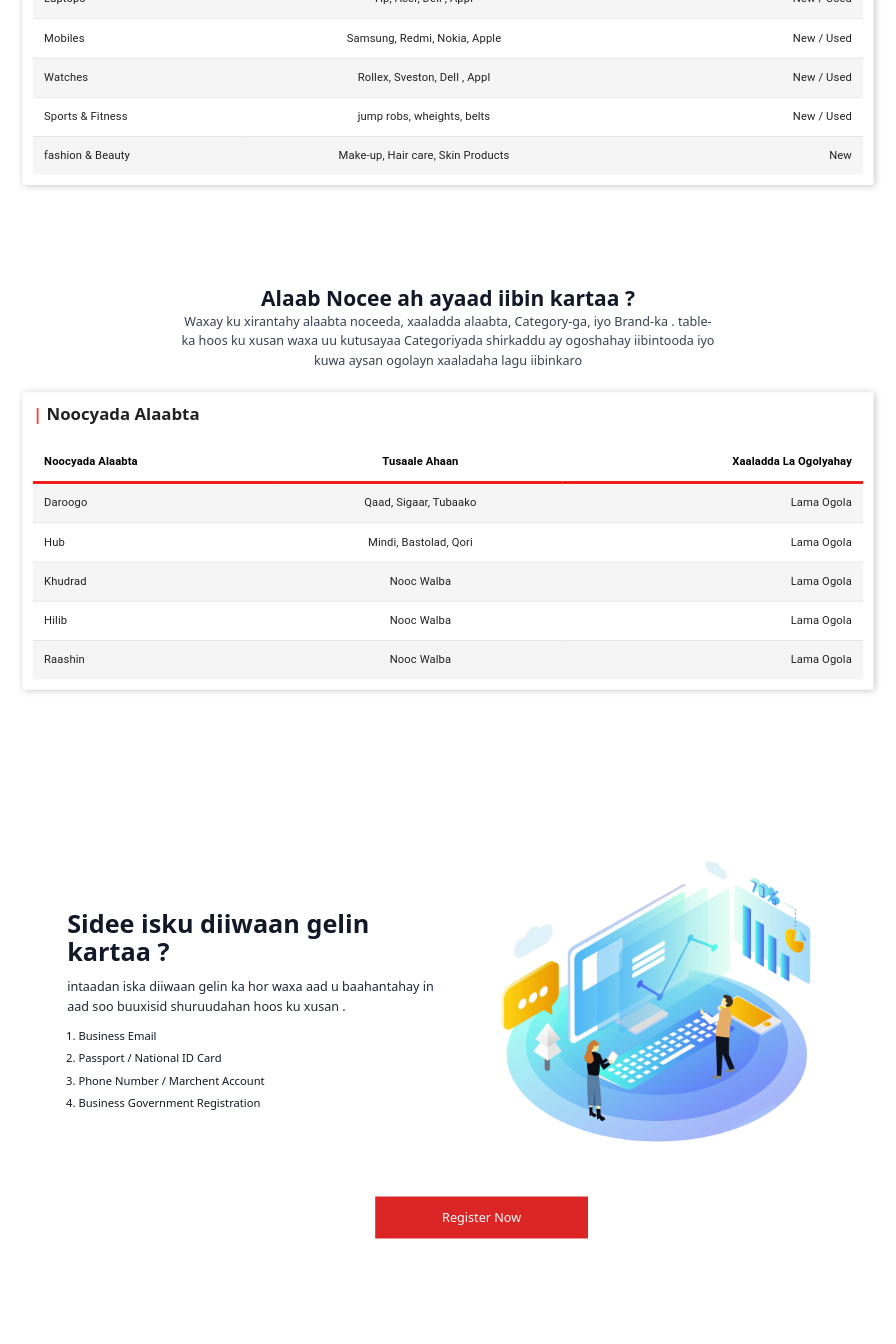
Repository: muraadso/Muraadso-Sellers
Page: /
These files come from the project's save history. The page is drawn as it stood at one moment and after the next save; the edit follows.
The browser window is 1280 px wide. The pictures show the part of the page from y = 2595 to 4515 px (the page is 7675 px tall before and 7708 px after), at 70% of full size.
The project was rebuilt for these pictures with package versions that can differ from the ones it lists, and the page was loaded fresh each time. The framework's server and built-in components were replaced by stand-ins that run in the browser. Also part of the build but not shown: next.config.js.

Above is the page before, as saved 2021-12-12 16:45:56.

### pages/_app.js
import '../styles/globals.css'
 import 'tailwindcss/tailwind.css'
import { Layout } from '../components/Layout'


function MyApp({ Component, pageProps }) {
  return (
    <Layout>
      <Component {...pageProps} />
    </Layout>
  )
}

export default MyApp

### styles/globals.css
@import url('https://fonts.googleapis.com/css2?family=Lato:ital,wght@0,300;0,400;0,700;0,900;1,700&family=Poppins:wght@200;300;400;500;600;700&display=swap');
html,
body {
  padding: 0 ;
  margin: 0;
  overflow-x: hidden !important;
  scroll-behavior: smooth;
}

a {
  color: inherit;
  text-decoration: none;
}

* {
  box-sizing: border-box;
}


.navbar {
  box-shadow: 2px 1px 7px rgba(0, 0, 0, 0.226);
  font-family: 'Poppins', sans-serif  ;
  font-weight: 500;

}
  .logo{
    font-family: 'Lato', sans-serif;
    font-weight: 700;
    color: rgb(233, 59, 59);
    font-size: 20px ;
  }
  .how-card{
    position: relative;
    box-shadow: 0 2px 10px rgba(0, 0, 0, 0.336) ;
  }
  .regimage{
    height: 500px;

  }
  .react-player {
    background-color: white !important;
    padding: 10px;
    box-shadow: 2px 1px 11px rgba(0, 0, 0, 0.226);
    border-radius: 2px;
  }
  .player-wrapper{
    overflow-x: hidden !important;
    /* width: 100% !important; */
  }


  .formcontainer{
    box-shadow: 2px 1px 11px rgba(0, 0, 0, 0.226);

  }



@media screen and  (max-width: 768px){
  .nav{
    padding-top: 40px;
    display: flex;
    flex-direction: column;

  }

  .how-card{
  margin-bottom: 25px;
}

.tablle{
  margin-bottom: 90px;
}
.tablle2{

}
 TableContainer{
   background-color: red;
   display: hidden;
 }
 .regimage{
    max-height: 300px;

  }
  .formcontainer{
    min-width: 110%;
  }

}




@tailwind base;
@tailwind components;
@tailwind utilities

### components/Hero.jsx
const Hero = () => {
    return (
        <div className="md:grid-cols-2 md:grid md:mt-11 hero">
                <div className="md:px-16 md:py-36 py-11 herotxt">
                    <h6 className="px-2 font-medium text-gray-500">ku iibi muraadso</h6>
                    <h1 className="my-5 text-3xl font-bold text-gray-800 capitalize md:font-bold md:text-gray-800 md:capitalize lg:text-6xl">sidee ugu iibin krtaa <br /> alaabtaada <span  className="text-red-600 md:text-red-600">muraadso</span></h1>

                    <p className="text-gray-700 md:text-left">
                         Whether you’ve already got an established e-commerce business , a great idea for a new product, or you just have a passion for selling, here’s how to take that next step with Muraadso </p>
                </div>

                <div className="heroimg">
                    <img className="w-4/4 "  src="/images/heroimage.png" alt="heroimage" />
                </div>
        </div>
    )
}

export default Hero

### components/About.jsx

const About = () => {
    return (
        <div className="mt-32">
            <h1 className="text-3xl font-bold text-center">Ku Iibso Muraadso</h1>
            <div className="gap-0 md:px-16 md:grid-cols-2 md:grid about-content">
                <div className="mt-12 aboutimg">
                  <img src="/images/aboutimage.png" className="md:h-96" alt="about image" />
                </div>
                <div className="md:mt-20 mt-11 about-text">
                    <p className="text-xl text-justify">
                        Muraadso waa hogaanka suuqa casriga ee online waana suuq aad ku iibin kartid alaabtaada, ahaw ganacsade alaabta sameeya, mid soo dajiya, si fudud ayaad ugu iibin kartaa suuqa casriga muraadso, sidoo kale ka mid noqo ganacsiyada shabakada internet ku iibiya alaabaha adiga oon ku kharash badan galin, kana faa’idaysanaya khubarada team ka muraadso helayana tobabaro iyo caawimo sidaad ugu iibin lahayd muraadso dhexdeeda Ku dhex iibta muraadso waa wax fudud sidoo kalena kharash yari kaaga bixi karo ama wax kharash ahi kaa baxayn, kaliya waxa lagaaga bahanyay in aad is diwaan galisid, kuna gurtid alaabta aad haysid online shirkada sidaana aad ku bilawdid iibka alaabtaada....<span className="text-red-600">Read More</span>
                    </p>
                </div>


            </div>
        </div>
    )
}

export default About

### components/Howtoreg.jsx
const Howtoreg = () => {
  return (
    <div className="flex flex-col md:p-16 howtoreg mb-11 md:mb-6 ">
      <div className="grid items-center justify-between md:grid-cols-2 registerdoc">
        <div className="space-y-4 regcontent">
          <h1 className="text-xl font-bold text-gray-900 md:text-4xl">Sidee isku diiwaan gelin kartaa ?</h1>
          <p className="text-lg text-gray-800 ">intaadan iska diiwaan gelin ka hor waxa aad u baahantahay in aad
            soo buuxisid shuruudahan hoos ku xusan .</p>
            <ol className="ml-4 space-y-2 font-medium text-gray-900 list-decimal">
              <li>Business Email</li>
              <li>Passport / National ID Card</li>
              <li>Phone Number / Marchent Account </li>
              <li>Business Government Registration</li>
            </ol>
        </div>
        <div className="flex items-center justify-end regimage">
          <img className="regimage" src="/images/registrationn.png" alt="" />
        </div>

      </div>
      <div className="flex flex-col items-center justify-center space-y-4 md:space-x-24 md:flex-row acceptterms">
        <div className="flex flex-row items-center justify-center check">
        </div>
        <div className="items-center justify-center text-center">
        <button className="items-center justify-center px-24 py-3 text-sm text-white bg-red-600 md:text-center md:text-lg md:px-24 md:py-4 ">Register Now</button>
        </div>
      </div>


    </div>
  )
}

export default Howtoreg

### components/Whatsell.jsx
import * as React from 'react';
import { styled } from '@mui/material/styles';
import Table from '@mui/material/Table';
import TableBody from '@mui/material/TableBody';
import TableCell, { tableCellClasses } from '@mui/material/TableCell';
import TableContainer from '@mui/material/TableContainer';
import TableHead from '@mui/material/TableHead';
import TableRow from '@mui/material/TableRow';
import Paper from '@mui/material/Paper';

const StyledTableCell = styled(TableCell)(({ theme }) => ({

  [`&.${tableCellClasses.head}`]: {
    backgroundColor: theme.palette.common.white,
    color: theme.palette.common.black,
    borderBottom: '4px solid rgb(240, 17, 17)' ,
    fontSize: '16px',
    fontWeight: '600',

  },
  [`&.${tableCellClasses.body}`]: {
    fontSize: 16,
  },
}));

const StyledTableRow = styled(TableRow)(({ theme }) => ({
  '&:nth-of-type(odd)': {
    backgroundColor: theme.palette.action.hover,


  },
  // hide last border
  '&:last-child td, &:last-child th': {
    border: 0,
  },
}));





function createData(noocaAlaabta, tusaale, xaaladda) {
  return { noocaAlaabta, tusaale, xaaladda };
}

const rows =[
  createData('Laptops', 'Hp, Acer, Dell , Appl', 'New / Used'),
  createData('Mobiles', 'Samsung, Redmi, Nokia, Apple', 'New / Used'),
  createData('Watches', 'Rollex, Sveston, Dell , Appl', 'New / Used'),
  createData('Sports & Fitness', 'jump robs, wheights, belts ', 'New / Used'),
  createData('fashion & Beauty', 'Make-up, Hair care, Skin Products', 'New')
]
const rows2 = [
  createData('Daroogo', "Qaad, Sigaar, Tubaako", 'Lama Ogola'),
  createData('Hub', 'Mindi, Bastolad, Qori', 'Lama Ogola'),
  createData('Khudrad', 'Nooc Walba', 'Lama Ogola'),
  createData('Hilib', 'Nooc Walba', 'Lama Ogola'),
  createData('Raashin', 'Nooc Walba', 'Lama Ogola')

];

export default function Whatsell() {
  return (
      <>
    <div className="flex flex-col items-center md:justify-center md:mb-36 tablle mb-11">
                <h1 className="text-xl font-bold text-center text-gray-900 md:text-3xl">Alaab Nocee ah ayaad iibin kartaa ?</h1>
                <p className="max-w-3xl mb-8 text-sm text-center text-gray-700 md:text-lg">Waxay ku xirantahy alaabta noceeda, xaaladda alaabta, Category-ga, iyo Brand-ka .
                table-ka hoos ku xusan waxa uu kutusayaa Categoriyada shirkaddu ay ogoshahay iibintooda
                iyo kuwa aysan ogolayn xaaladaha lagu iibinkaro </p>

            <TableContainer className="mw-screen-lg TableContainer" component={Paper} sx={{ padding: "15px", minWidth: 380 , maxWidth: 1500, boxShadow: '2px 1px 11px rgba(0, 0, 0, 0.226)' }}>
        <h1 className="mb-6 text-2xl font-bold "> <span className="font-black text-red-500 ">|</span> Noocyada Alaabta</h1>
      <Table sx={{ minWidth: 500 }} aria-label="customized table">
        <TableHead>
          <TableRow>
            <StyledTableCell>Noocyada Alaabta</StyledTableCell>
            <StyledTableCell align="center"> Tusaale Ahaan</StyledTableCell>
            <StyledTableCell align="right">Xaaladda La Ogolyahay</StyledTableCell>
          </TableRow>
        </TableHead>
        <TableBody>
          {rows.map((row) => (
            <StyledTableRow key={row.noocaAlaabta} sx={{backgroundColor: 'white'}}>
              <StyledTableCell component="th" scope="row">
                {row.noocaAlaabta}
              </StyledTableCell>
              <StyledTableCell   align="center">{row.tusaale}</StyledTableCell>
              <StyledTableCell align="right">{row.xaaladda}</StyledTableCell>
            </StyledTableRow>
          ))}
        </TableBody>
      </Table>
    </TableContainer>

    </div>


    <div className="flex flex-col items-center md:justify-center md:mb-36 tablle mb-11">
                <h1 className="text-xl font-bold text-center text-gray-900 md:text-3xl">Alaab Nocee ah ayaad iibin kartaa ?</h1>
                <p className="max-w-3xl mb-8 text-sm text-center text-gray-700 md:text-lg">Waxay ku xirantahy alaabta noceeda, xaaladda alaabta, Category-ga, iyo Brand-ka .
                table-ka hoos ku xusan waxa uu kutusayaa Categoriyada shirkaddu ay ogoshahay iibintooda
                iyo kuwa aysan ogolayn xaaladaha lagu iibinkaro </p>

            <TableContainer className="mw-screen-lg TableContainer" component={Paper} sx={{ padding: "15px", minWidth: 380 , maxWidth: 1500, boxShadow: '2px 1px 11px rgba(0, 0, 0, 0.226)' }}>
        <h1 className="mb-6 text-2xl font-bold "> <span className="font-black text-red-500 ">|</span> Noocyada Alaabta</h1>
      <Table sx={{ minWidth: 500 }} aria-label="customized table">
        <TableHead>
          <TableRow>
            <StyledTableCell>Noocyada Alaabta</StyledTableCell>
            <StyledTableCell align="center"> Tusaale Ahaan</StyledTableCell>
            <StyledTableCell align="right">Xaaladda La Ogolyahay</StyledTableCell>
          </TableRow>
        </TableHead>
        <TableBody>
          {rows2.map((row) => (
            <StyledTableRow key={row.noocaAlaabta} sx={{backgroundColor: 'white'}}>
              <StyledTableCell component="th" scope="row">
                {row.noocaAlaabta}
              </StyledTableCell>
              <StyledTableCell   align="center">{row.tusaale}</StyledTableCell>
              <StyledTableCell align="right">{row.xaaladda}</StyledTableCell>
            </StyledTableRow>
          ))}
        </TableBody>
      </Table>
    </TableContainer>

    </div>




     </>
  );
}

### components/Howtolist.jsx
import ReactPlayer from 'react-player'


const Howtoreg = () => {
  return (
    <div className="flex flex-col space-y-11 md:space-y-24 md:p-16 howtoreg">
      <div className="grid items-center justify-between md:grid-cols-2 registerdoc">
        <div className="space-y-4 regcontent">
          <h1 className="text-xl font-bold text-gray-900 md:text-4xl">Alaabtaada habkan uso diiwaan geli</h1>
          <p className="text-lg text-gray-800 ">kadib marka laguu ogolaado in aad soo diiwaan gelisid alaabtaada
waxaa muhiim ah in aad qaadid talaabooyinkan si alaabta aad
u diiwaan gelisid ay uga soo muuqato Bogga MURAADSO</p>
            <ol className="ml-4 space-y-2 font-medium text-gray-900 list-decimal">
              <li>magaca alaabta oo dhamaystiran</li>
              <li>faahfaahinta alaabta </li>
              <li>xaddiga aad ka haysid alaabta </li>
              <li>qiimaha alaabta </li>
              <li>categoryga ay ka tirsantaha</li>
              <li>brand-ka alaabta ama shirkada smaysay</li>
              <li>4 ama 3 sawir oo quality-goodu sareeyo</li>
              <li>alaabta features-keeda</li>
              <li>alaabta tag-skeeda ama keywordskeda</li>
            </ol>
        </div>
        <div className="flex items-center justify-end regimage">
          <img className="regimage" src="/images/dashboard.png" alt="" />
        </div>

      </div>

      <div className="flex flex-col items-center justify-center space-y-6 watch">
          <h1 className="text-lg font-medium text-center md:font-bold md:text-xl ">Ama Daawo Video-gan Kuu Sharaxaya Habka looso geliyo Product</h1>
         <div className='flex items-center justify-center w-screen p-2 overflow-x-hidden mx-11 player-wrapper'>
        <ReactPlayer
          className=' react-player'
          url='hhttps://www.youtube.com/watch?v=qS5MdsgyWb4&t=5s'
        style={{
            backgroundColor: '#ff0000'
        }}

        />
      </div>
      </div>




    </div>
  )
}

export default Howtoreg

### components/Reg.jsx
import TextField from '@mui/material/TextField';
import Checkbox from '@mui/material/Checkbox';
import FormControlLabel from '@mui/material/FormControlLabel';



const Reg = () => {
    return (
        <div className="container flex flex-col items-center justify-center md:w-screen md:px-11 mb-36 ">
            <h1 className="text-lg font-bold text-center md:text-3xl ">Nagu Soo Biir Macmiil</h1>
            <div className="flex flex-col items-center justify-center py-10 mt-24 bg-white rounded md:w-9/12 md:px-11 space-y-7 formcontainer">
            <h1 className="text-lg font-bold text-center md:text-3xl ">Is Diiwaan Geli</h1>
                <div className="grid w-5/6 grid-cols-1 md:grid-cols-2 gap-x-6 gap-y-7 form">
                  <TextField id="outlined-basic" label="First Name" variant="outlined" />
                  <TextField id="outlined-basic" label="Last Name" variant="outlined" />
                  <TextField id="outlined-basic" label="Magaalada" variant="outlined" />
                  <TextField id="outlined-basic" label="Address" variant="outlined" />
                  <TextField type="number" id="outlined-basic" label="Phone Number" variant="outlined" />
                  <TextField id="outlined-basic" label="Magaca Ganasiga" variant="outlined" />
                  <TextField id="outlined-basic" label="Noca Ganasiga" variant="outlined" />
                </div>

                <div className="flex flex-col items-center justify-center text-center">
                    <FormControlLabel className="mb-2" control={<Checkbox />} label="I accept the privacy and policy" />
                   <button
                    className="items-center justify-center px-24 py-3 text-sm text-white bg-red-600 md:text-center md:text-lg md:px-24 md:py-4 ">
                        Register Now
                    </button>
        </div>
            </div>





        </div>
    )
}

export default Reg

### components/Navbar.jsx
import React, { useState } from "react";
import { HiOutlineMenuAlt2, HiOutlineMenuAlt3 } from "react-icons/hi";



export default function Navbar() {
  const [showNav, setShowNav] = useState(false);

  return (
    <nav className="sticky top-0 z-20 items-center justify-between bg-white px-14 md:px-24 md:py-3 navbar md:flex">
      <div className="flex items-center justify-between">
        <a href="#">
          <h2>Muraadso</h2>
        </a>


        {showNav ? (
          <HiOutlineMenuAlt3
            onClick={() => setShowNav(!showNav)}
            className="block w-10 h-10 p-2 cursor-pointer md:hidden" />

        ) : (
          <HiOutlineMenuAlt2
            onClick={() => setShowNav(!showNav)}
            className="block w-10 h-10 p-2 cursor-pointer md:hidden"
          />
        )}
      </div>

      <ul
        className={
          (showNav ? "left-0" : "-left-full") +
          " md:static fixed bottom-0 md:ml-24 top-14 md:flex md:space-x-6 items-center md:bg-transparent bg-gray-700 rounded md:rounded-none md:bg-white bg-opacity-90 md:w-auto w-10/12 md:text-gray-800 text-white  md:space-y-0 space-y-5 p-2 transition-left nav"
        }
      >
        <a href="#"> Home</a>
        <a href="#"> About</a>
        <a href="#"> Doc</a>
        <a href="#"> Contact Us</a>
      <a className="px-4 py-2 text-white bg-red-600 rounded" href="">Signup</a>
      </ul>
    </nav>
  );
}

























// const Navbar = () => {
//     return (
//         <div>
//      <div className="sticky top-0 z-20 items-center justify-between bg-white md:flex navbar">
//          <a className="logo" href="#">Muraadso</a>
//          <nav className="fixed bottom-0 items-center w-10/12 p-2 space-y-5 text-white bg-gray-500 md:static top-12 md:flex md:space-x-7 md:bg-transparent bg-opacity-90 md:w-auto md:text-gray-500 md:space-y-0 transition-left nav">
//              <a className="hover:text-red-600" href="">Home</a>
//              <a className="hover:text-red-600" href="">About</a>
//              <a className="hover:text-red-600" href="">Doc</a>
//              <a className="hover:text-red-600" href="">Contact Us</a>
//          </nav>
//          <a href="#" className="px-4 py-2 text-white bg-red-600 rounded hover:bg-red-700 signup ">Signup</a>
//      </div>

//         </div>
//     )
// }

// export default Navbar

### components/Footer.jsx
import FacebookIcon from '@mui/icons-material/Facebook';
import InstagramIcon from '@mui/icons-material/Instagram';
import YouTubeIcon from '@mui/icons-material/YouTube';
import Divider from '@mui/material/Divider';
import CopyrightIcon from '@mui/icons-material/Copyright';





const Footer = () => {
    return (
        <div className="px-2 py-8 border md:px-24 md:py-16 bg-gray-50 space-y-7">
            <div className="flex flex-col items-center justify-between space-y-4 md:flex-row upper md-space-y-0">

            <div className="flex items-center space-x-5 md:space-x-7 justify-items-start footercontent">
                <a href="#">About Us</a>
                <a href="#">How it Works</a>
                <a href="#">Nagu Dooro</a>
                <a href="#">Register</a>

            </div>

            <div className="footericons space-x-7">
                <FacebookIcon sx={{ fontSize: 30, color: "#ff5e5b" }} />
                <InstagramIcon sx={{ fontSize: 30, color: "#ff5e5b" }} />
                <YouTubeIcon sx={{ fontSize: 30, color: "#ff5e5b" }} />
            </div>

            </div>
            <Divider className="text-red-600">Muraadso.com</Divider>

            <div className="flex flex-col items-center justify-between space-y-3 md:space-y-0 md:flex-row bottom">
                <a href="#"> <CopyrightIcon className="items-center" sx={{fontSize: 15}} /> 2021 Muraadso.All rights reserved. </a>
                <div className="space-x-8 term">
                <a href="#">Privacy Policy</a>
                <a href="#">Terms Of Service</a>
                </div>


            </div>

        </div>
    )
}

export default Footer

Loaded but not shown: styles/Home.module.css (common file); pages/index.js (32 lines, source omitted); tailwind.config.js (18 lines, source omitted); components/Layout.js (15 lines, source omitted); components/Whyus.jsx (70 lines, source omitted); components/How.jsx (66 lines, source omitted)

After the next save:
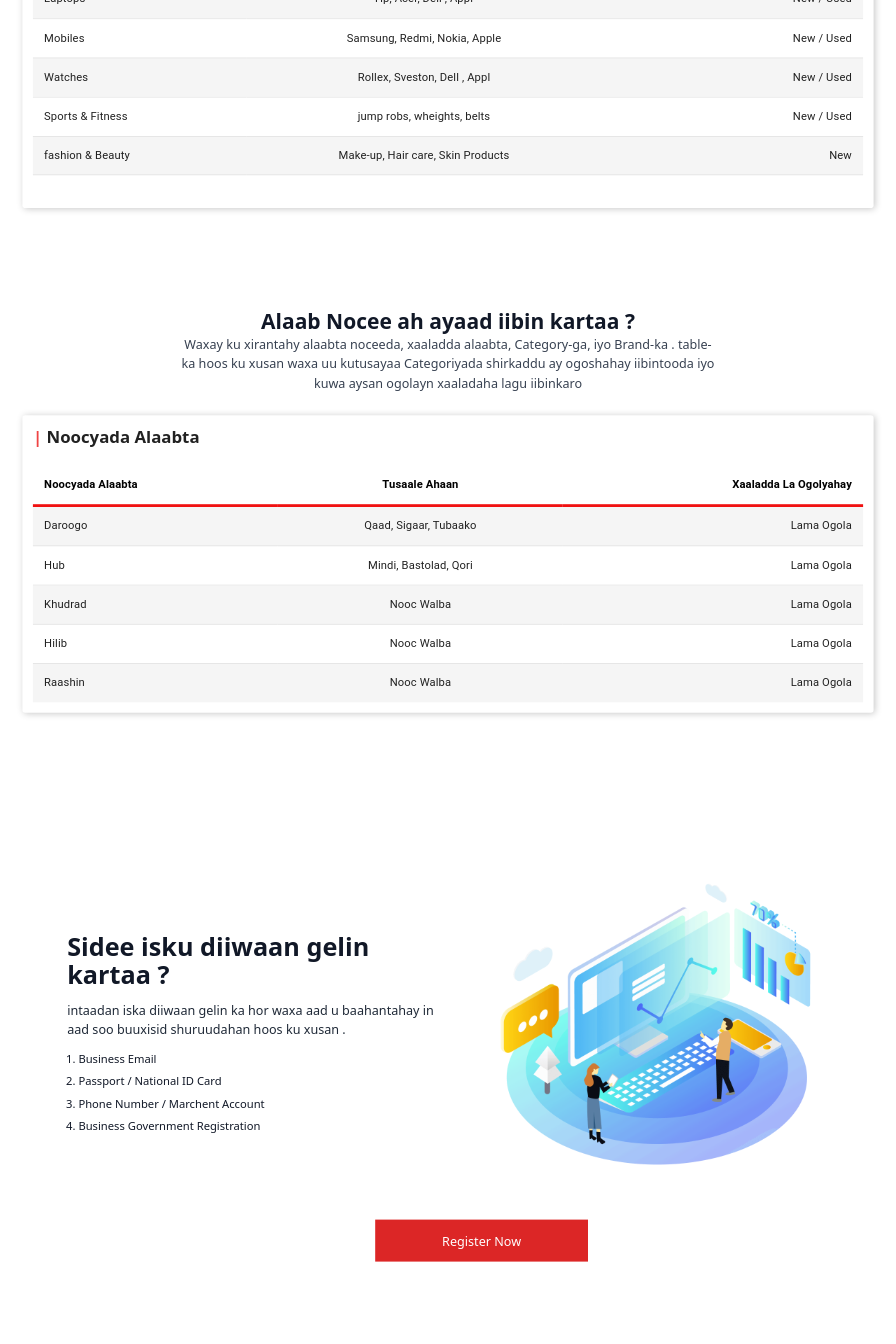
Saved 15 s later.
--- a/components/Whatsell.jsx
+++ b/components/Whatsell.jsx
@@ -48,7 +48,8 @@ const rows =[
   createData('Mobiles', 'Samsung, Redmi, Nokia, Apple', 'New / Used'),
   createData('Watches', 'Rollex, Sveston, Dell , Appl', 'New / Used'),
   createData('Sports & Fitness', 'jump robs, wheights, belts ', 'New / Used'),
-  createData('fashion & Beauty', 'Make-up, Hair care, Skin Products', 'New')
+  createData('fashion & Beauty', 'Make-up, Hair care, Skin Products', 'New'),
+  createData('')
 ]
 const rows2 = [
   createData('Daroogo', "Qaad, Sigaar, Tubaako", 'Lama Ogola'),
